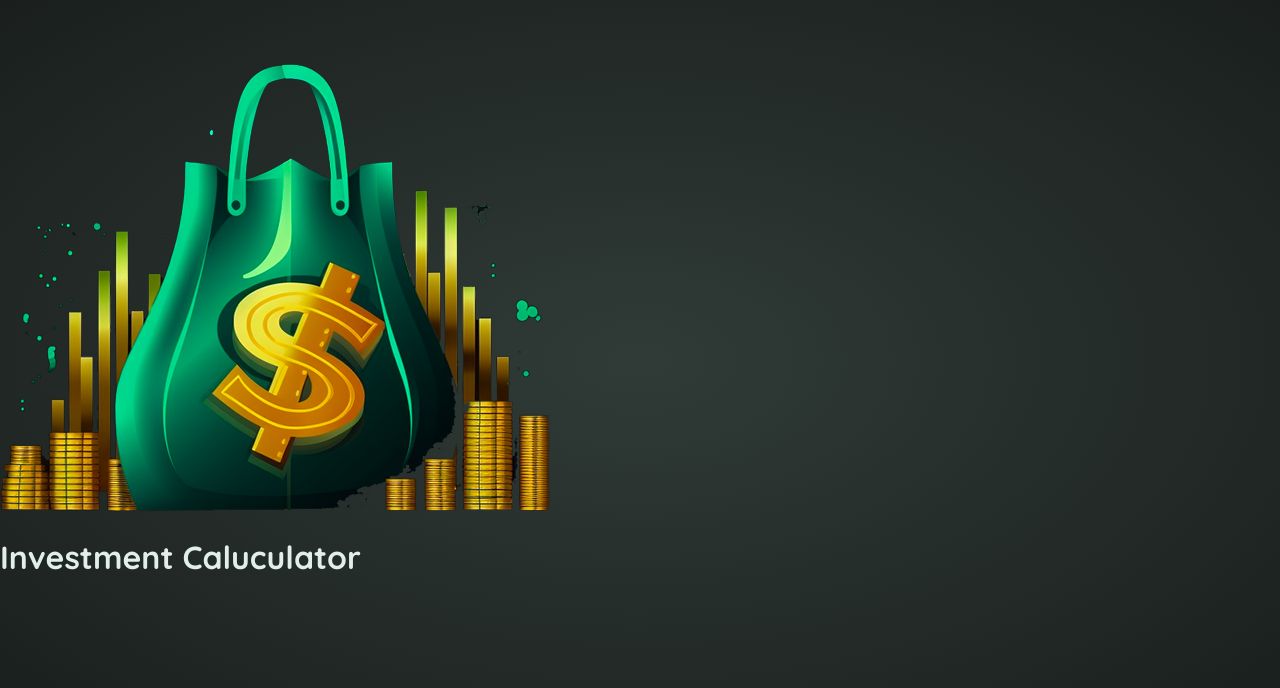
Repository: gyouzaOEC/cash
Page: /
The author's editor kept a copy of each file at every save. The page is drawn from the files as they stood at one save, then again after the next save.
The browser window is 1280 px wide. The pictures show the whole page.
The project was rebuilt for these pictures with package versions that can differ from the ones it lists, and the page was loaded fresh each time. Also part of the build but not shown: vite.config.js.

Above is the page before, as saved 2025-03-11 17:48:59.

### src/App.jsx
import Header from "./components/Header"

function App() {
  return (
    <Header/>
  )
}

export default App

### src/components/Header.jsx
import logo from "../assets/investment-calculator-logo.png";


export default function Header() {
    return <header id="hedaer">
        <img src={logo} alt="Logo showing a money" />
        <h1>Investment Caluculator</h1>
    </header>
}

Loaded but not shown: index.html (common file); src/index.jsx (common file); src/index.css (common file)

After the next save:
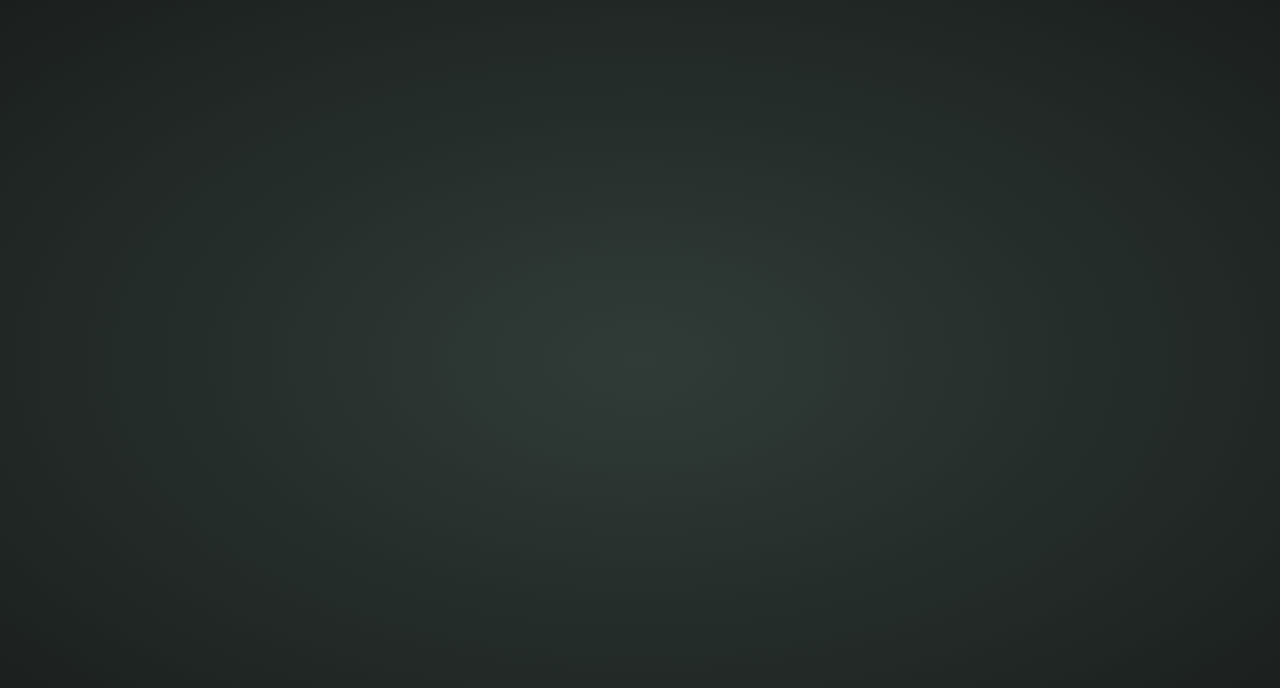
Saved 38 s later.
--- a/src/components/Header.jsx
+++ b/src/components/Header.jsx
@@ -2,7 +2,8 @@
 
 
 export default function Header() {
-    return <header id="hedaer">
+    return
+    <header id="hedaer">
         <img src={logo} alt="Logo showing a money" />
         <h1>Investment Caluculator</h1>
     </header>

After the 5 saves that followed:
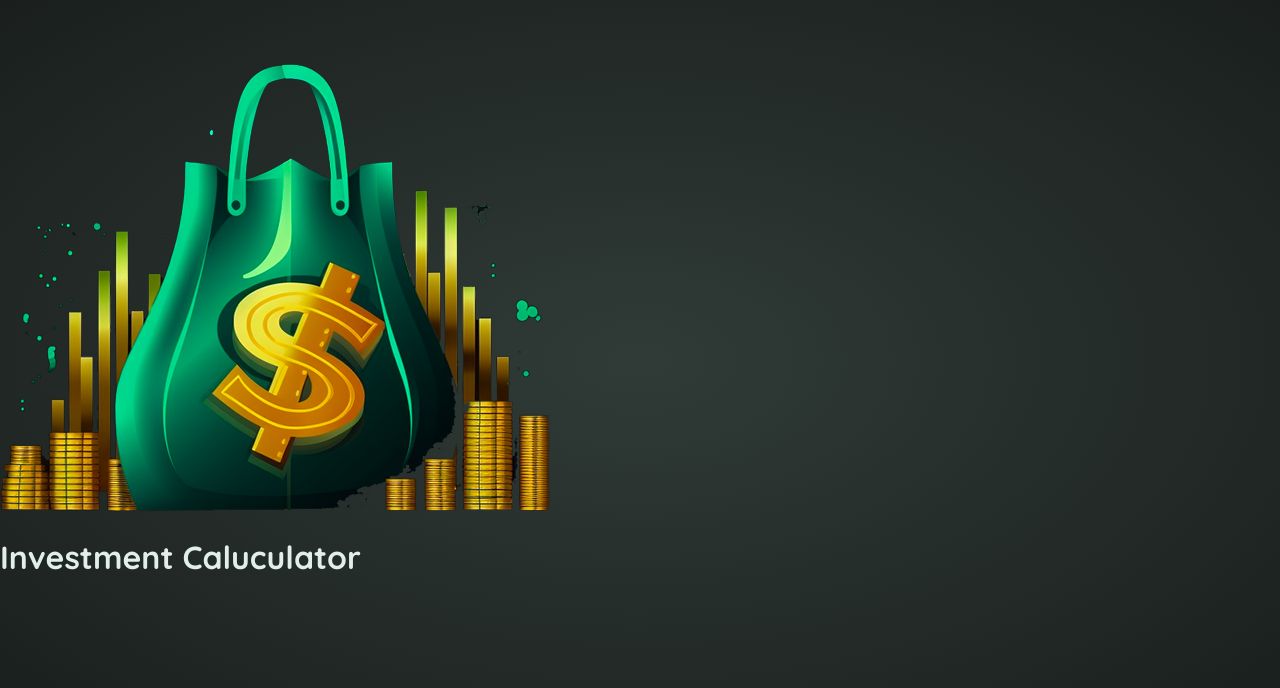
The 5 saves are shown as one change because 1 left the picture as it was and some came seconds apart.
The last was saved 19 s later.
--- a/src/components/Header.jsx
+++ b/src/components/Header.jsx
@@ -2,9 +2,10 @@
 
 
 export default function Header() {
-    return
-    <header id="hedaer">
-        <img src={logo} alt="Logo showing a money" />
-        <h1>Investment Caluculator</h1>
-    </header>
+    return (
+        <header id="hedaer">
+            <img src={logo} alt="Logo showing a money" />
+            <h1>Investment Caluculator</h1>
+        </header>
+    );
 }
